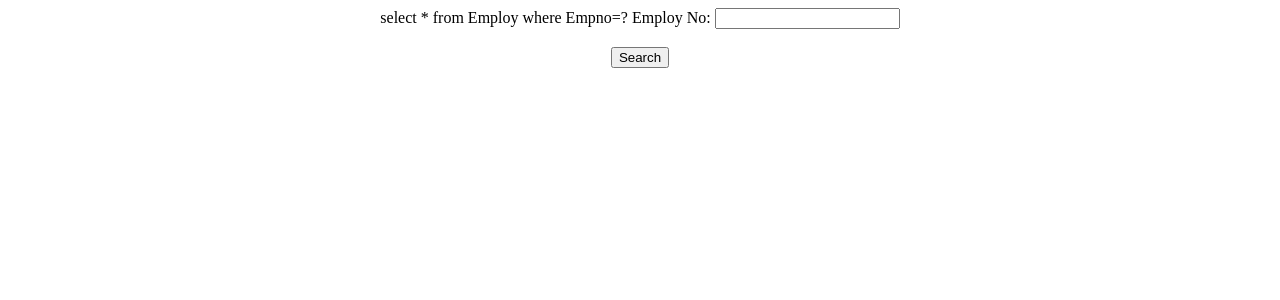
Repository: sandeshAraveti/Java-training
Page: Java_HCL/Day_jdbc/JstlDemos/WebContent/employsearch.html
An editor plug-in stored every save of this project. The page is shown before and after the next save, followed by the edit.
The browser window is 1280 px wide. The pictures show the whole page.

Above is the page before, as saved 2019-12-10 06:18:32.

### Java_HCL/Day_jdbc/JstlDemos/WebContent/employsearch.html
<!DOCTYPE html>
<html>
<head>
<meta charset="ISO-8859-1">
<title>Insert title here</title>
</head>
<body>
<form method="get" action="employsearch.jsp">
<center>
<sql:setDataSource var="conn"
driver="com.mysql.jdbc.Driver"
url="jdbc:mysql:localhost:3307/sqlpractice"
user="root"
'password="root"
/>
<sql:query var="empQuery" dataSource="${conn}">
select * from Employ where Empno=?
<sql:param value="${param.empno"/>
</sql:query>
<c:forEach var="e" items="${empQuery.rows}">








Employ No:
 <input type="text" name="empno"/><br/><br/>
 <input type="submit" value="Search"/>
</center>
</form>
</body>
</html>

After the next save:
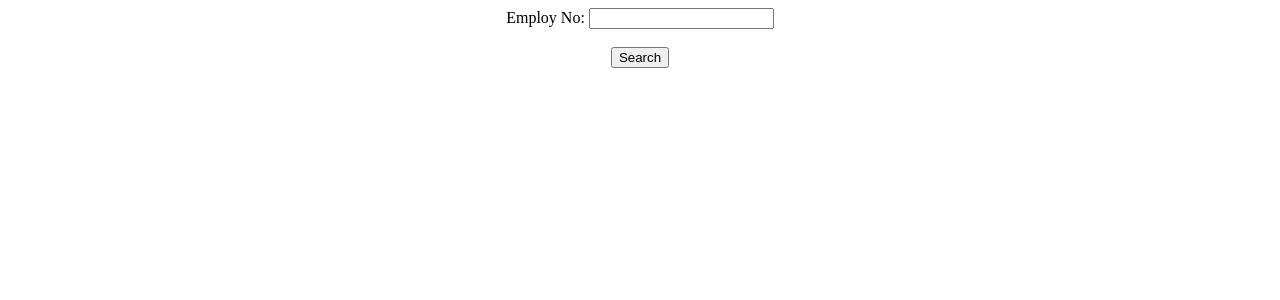
Saved 2 min 38 s later.
--- a/Java_HCL/Day_jdbc/JstlDemos/WebContent/employsearch.html
+++ b/Java_HCL/Day_jdbc/JstlDemos/WebContent/employsearch.html
@@ -7,20 +7,6 @@
 <body>
 <form method="get" action="employsearch.jsp">
 <center>
-<sql:setDataSource var="conn"
-driver="com.mysql.jdbc.Driver"
-url="jdbc:mysql:localhost:3307/sqlpractice"
-user="root"
-'password="root"
-/>
-<sql:query var="empQuery" dataSource="${conn}">
-select * from Employ where Empno=?
-<sql:param value="${param.empno"/>
-</sql:query>
-<c:forEach var="e" items="${empQuery.rows}">
-
-
-
 
 
 
